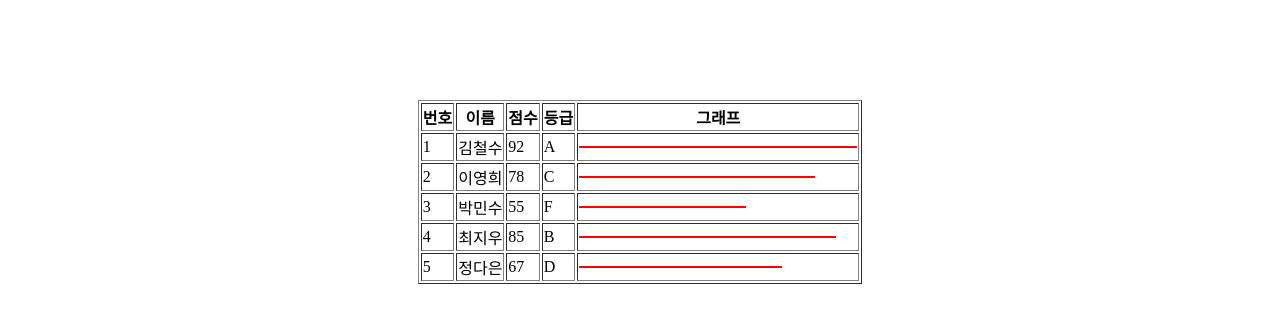
Repository: kkw3202/Jsp2026
Page: http://localhost/chapter01/example_score.jsp
The author's editor kept a copy of each file at every save. The page is drawn from the files as they stood at one save, then again after a run of saves.
The browser window is 1280 px wide. The pictures show the whole page.
The page is served by Tomcat 9.

Above is the page before, as saved 2026-10-16 04:39:43.

After the next 2 saves:
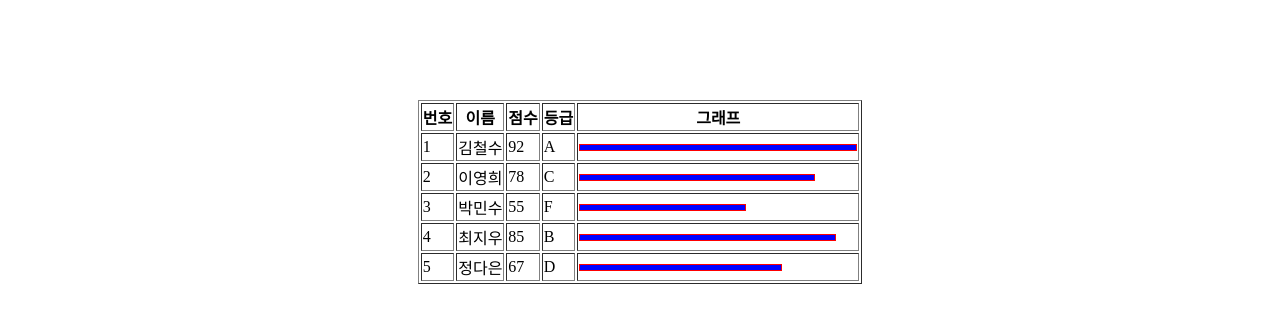
The 2 saves are shown as one change because they came seconds apart.
The last was saved 19 s later.
--- a/chapter01/src/main/webapp/example_score.jsp
+++ b/chapter01/src/main/webapp/example_score.jsp
@@ -11,6 +11,7 @@
 	}
 	div{
 		background-color: blue;
+		height: 5px;
 		border: 1px solid red;
 	}
 </style>
